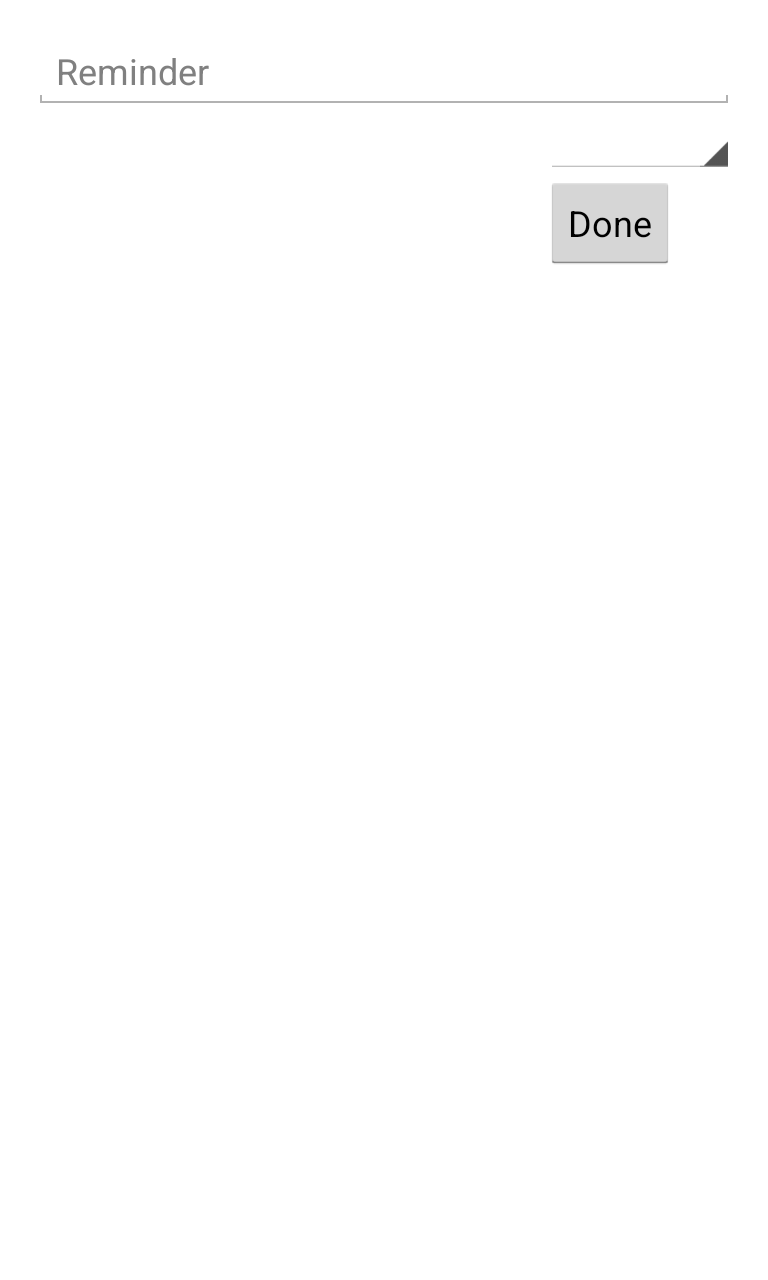
Repository: ericluo1123/myAndroidCode
Layout: SimpleRelativeLayout/res/layout/activity_main.xml
An editor plug-in stored every save of this project. The layout is shown before and after the next save, followed by the edit.
It is drawn on a 768 x 1280 px phone screen (xhdpi) without system bars, with theme AppTheme; the app's code is not run.

Above is the layout before, as saved 2014-09-05 13:31:04.

After the next save:
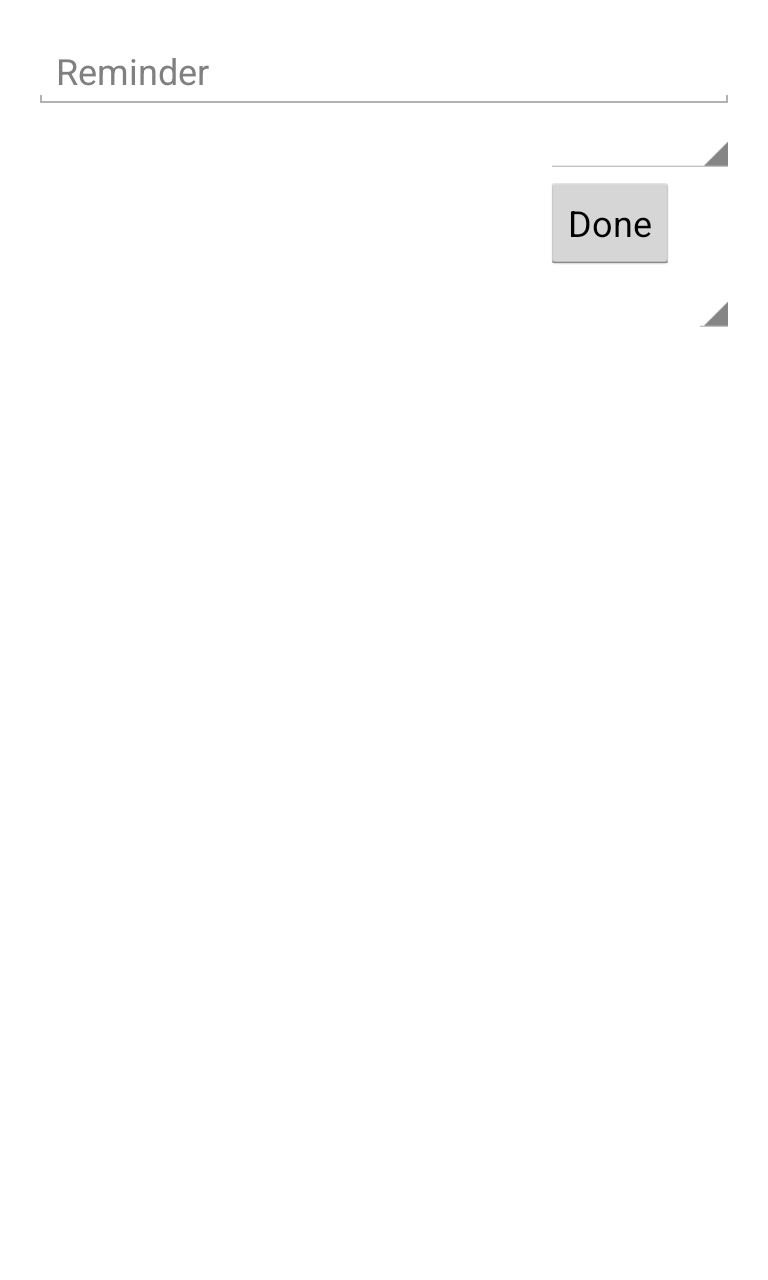
Saved 110 s later.
--- a/SimpleRelativeLayout/res/layout/activity_main.xml
+++ b/SimpleRelativeLayout/res/layout/activity_main.xml
@@ -36,7 +36,7 @@
         android:id="@+id/spinner1"
         android:layout_width="wrap_content"
         android:layout_height="wrap_content"
-        android:layout_above="@+id/button1"
-        android:layout_alignRight="@+id/spinner2" />
+        android:layout_alignRight="@+id/spinner2"
+        android:layout_below="@+id/button1" />
 
 </RelativeLayout>
